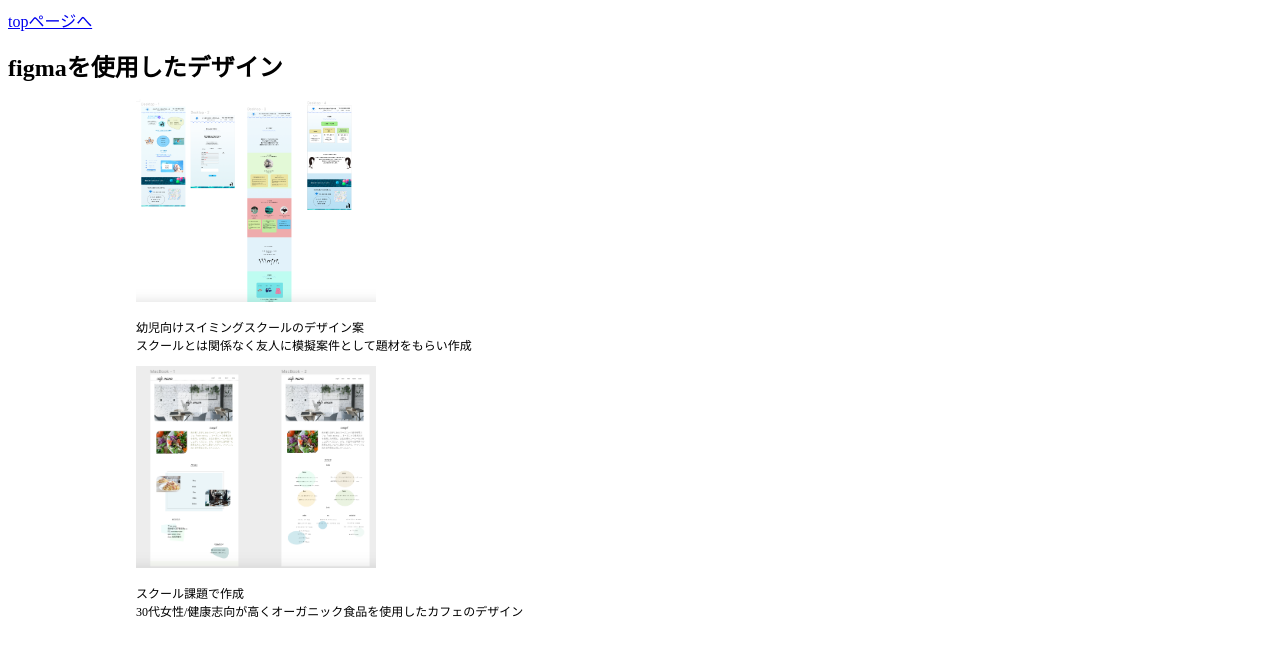
Repository: oninopantsu/onomann
Page: figma.html
These files come from the project's save history. The page is drawn as it stood at one moment and after a run of saves; the edit follows.
The browser window is 1280 px wide. The page is 1288 px wide, so the pictures cover 1288 px, including what lies to the right of the window. The pictures show the whole page.

Above is the page before, as saved 2021-08-17 12:23:24.

After the next 2 saves:
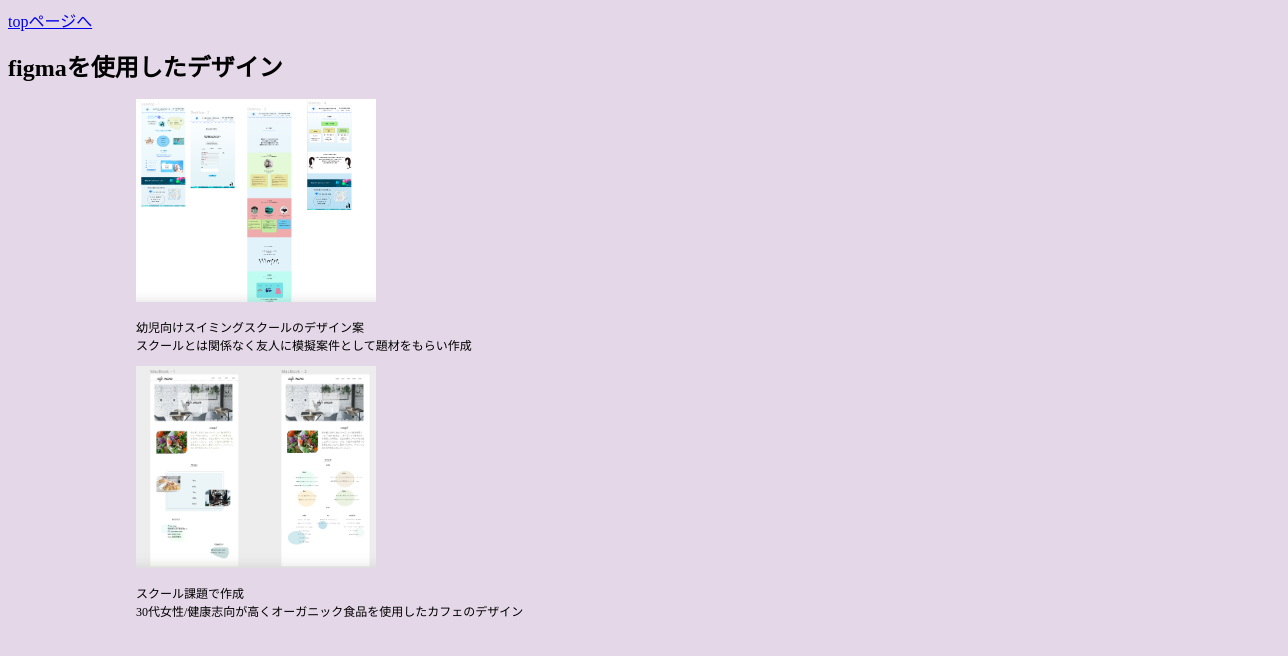
The 2 saves are shown as one change because they came seconds apart.
The last was saved 6 s later.
--- a/figma/styles.css
+++ b/figma/styles.css
@@ -1,7 +1,7 @@
 body {
   width: 100%;
-  background-color:   background-color: #e4d7e7;
-;
+ background-color: #e4d7e7;
+
 }
 
 h1 {
